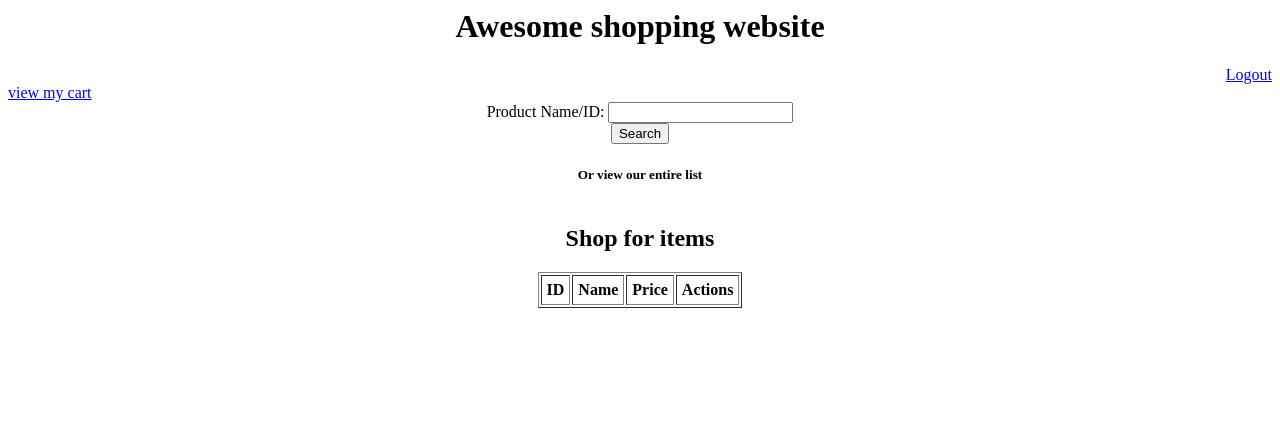
Repository: balu-sadanandan/demo-Shopping-cart-application
Page: http://localhost/shopping-cart/prodcat.jsp
The author's editor kept a copy of each file at every save. The page is drawn from the files as they stood at one save, then again after the next save.
The browser window is 1280 px wide. The pictures show the whole page.
The page is served by Tomcat 9. Other server files are loaded and not shown. The template is opened directly, without the code that normally fills it, so the values that code supplies are empty.

Above is the page before, as saved 2017-09-19 08:15:01.

### shopping-cart/WebContent/prodcat.jsp
<%@ page language="java" contentType="text/html; charset=UTF-8"
    pageEncoding="UTF-8"%>
<%@ taglib uri="http://java.sun.com/jsp/jstl/core" prefix="c" %>
<html>
<head>
    <title>Awesome shopping site</title>
</head>
<body>
    <center>
        <h1>Awesome shopping website</h1>
    </center>
    <div align="right">
    <a href="logout">Logout</a>

</div>
   <div align="left">
    <a href="lcart">view my cart</a>

</div>


    <div align="center">
        <table border="1" cellpadding="5">
            <caption><h2>Shop for items</h2></caption>
                  <form action="/searchp" method="get">
  Product Name/ID: <input type="text" name="pname"><br>
  <input type="submit" value="Search">
</form>
<h5>Or view our entire list</h5>

            <!--enter search box here  -->
              <!--  <table border="1" width="30%" cellpadding="3"> -->
              <!--   <thead> -->
                  <!--   <tr>
                        <th colspan="2">Search for a product</th>
                    </tr> -->
               <!--  </thead> -->
              <!--   <tbody> -->
             <!--        <tr>
                        <td>Product name /ID</td>
                        <td><input type="text" name="prid" value="" /></td>
                    </tr>
                    <tr>
                        <td><input type="submit" value="Search" /></td>
                        <td><input type="reset" value="Reset" /></td>
                    </tr>
                     -->
             <!--    </tbody> -->
         <!--    </table> -->



            <!-- search box finishes here -->
            <tr>
                <th>ID</th>
                <th>Name</th>
                <th>Price</th>
                <th>Actions</th>
            </tr>
            <c:forEach var="prod" items="${pList}">
                <tr>
                    <td><c:out value="${prod.prodid}" /></td>
                    <td><a href="prod?id=<c:out value='${prod.prodid}' />"><c:out value="${prod.name}" /></a></td>
                    <td><c:out value="${prod.price}" /></td>
                    <td>
                        <a href="acart?id=<c:out value='${prod.prodid}' />">Add to cart</a>

                    </td>
                </tr>
            </c:forEach>
        </table>

    </div>
</body>
</html>

After the next save:
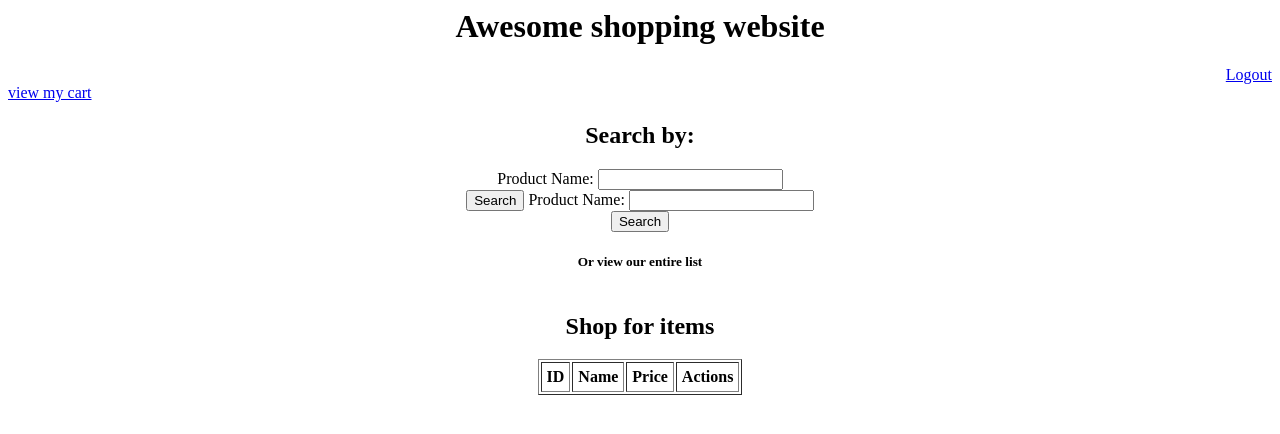
Saved 3 min 38 s later.
--- a/shopping-cart/WebContent/prodcat.jsp
+++ b/shopping-cart/WebContent/prodcat.jsp
@@ -22,10 +22,16 @@
     <div align="center">
         <table border="1" cellpadding="5">
             <caption><h2>Shop for items</h2></caption>
+            <h2>Search by:</h2>
                   <form action="/searchp" method="get">
-  Product Name/ID: <input type="text" name="pname"><br>
+  Product Name: <input type="text" name="pname"><br>
   <input type="submit" value="Search">
 </form>
+                  <form action="/searchpid" method="get">
+  Product Name: <input type="text" name="pname"><br>
+  <input type="submit" value="Search">
+</form>
+
 <h5>Or view our entire list</h5>
 
             <!--enter search box here  -->
